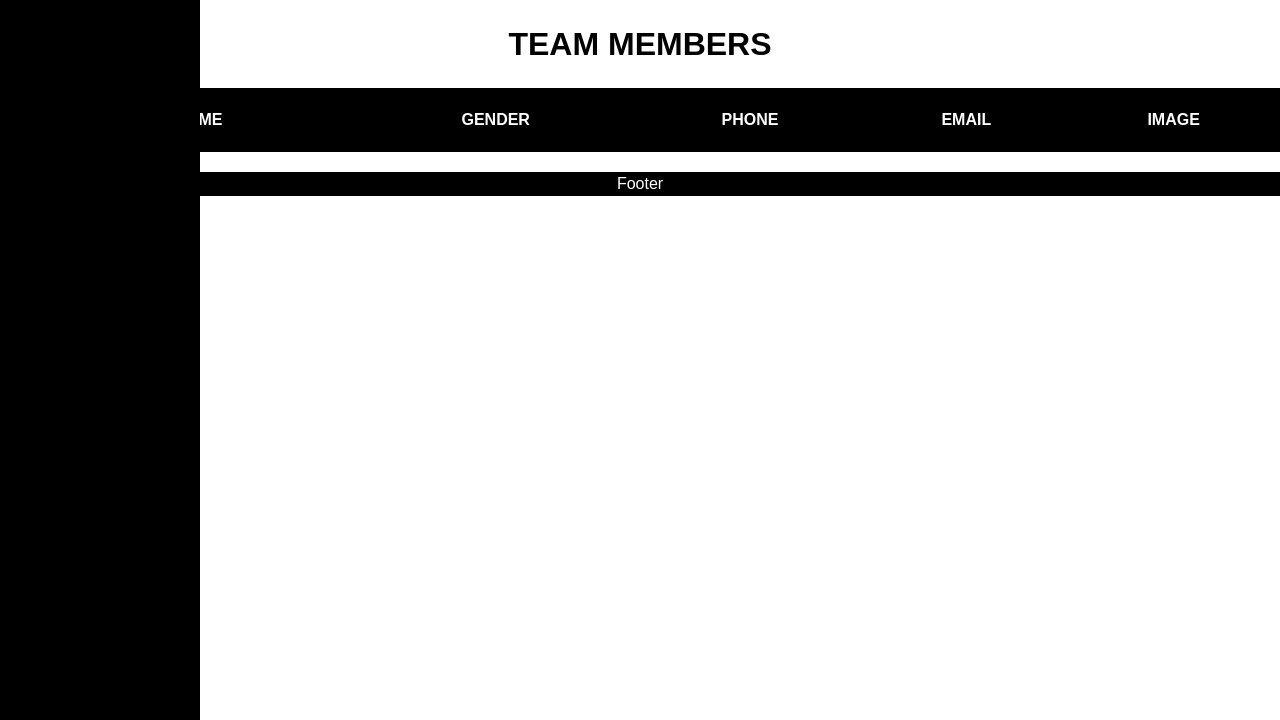
Repository: Eugene44-hub/SHRGroup46-capstone
Page: /members
The author's editor kept a copy of each file at every save. The page is drawn from the files as they stood at one save, then again after the next save.
The browser window is 1280 px wide. The pictures show the whole page.
The page's requests for data from a server got no answer. The project was rebuilt for these pictures with package versions that can differ from the ones it lists, and the page was loaded fresh each time. No one was signed in, and anything a server would have sent is missing.

Above is the page before, as saved 2022-05-19 15:31:24.

After the next save:
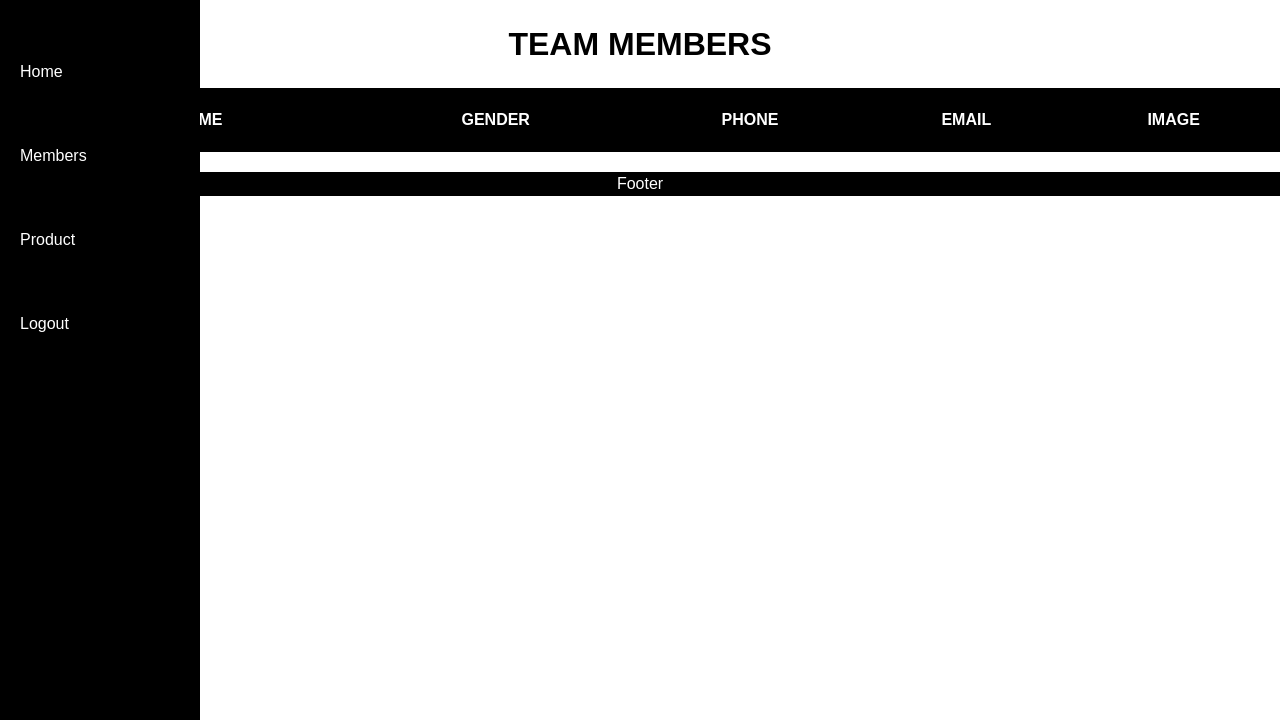
Saved 24 s later.
--- a/src/components/nav/Nav.jsx
+++ b/src/components/nav/Nav.jsx
@@ -25,7 +25,7 @@ const Nav = () => {
       <div className='fixed w-[200px] bg-black z-50 pt-5 top-0 h-full'>
       <ul>
 
-{navItems.map((navItem,index)=>(<li className='my-5 hover:bg-gray-200 text-black'>
+{navItems.map((navItem,index)=>(<li className='my-5 p-5 hover:bg-gray-200 hover:text-black'>
   <button className='capitalize ' onClick={()=>navigate(navItem.url)}>{navItem.item}</button>
 </li>))}
 <li>
